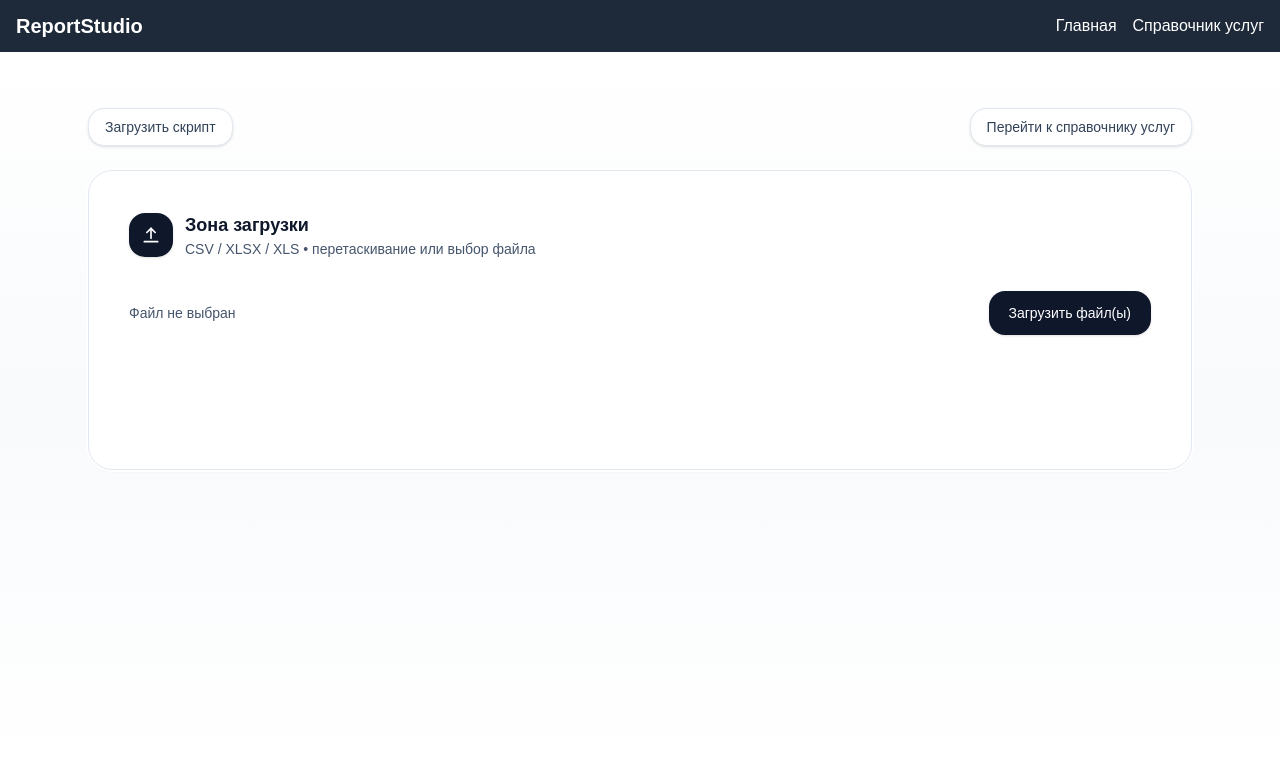
Repository: vladzap2423/report_studio_v2
Page: /
These files come from the project's save history. The page is drawn as it stood at one moment and after the next save; the edit follows.
The browser window is 1280 px wide. The pictures show the whole page.
The page's requests for data from a server got no answer. The project was rebuilt for these pictures with package versions that can differ from the ones it lists, and the page was loaded fresh each time. The framework's server and built-in components were replaced by stand-ins that run in the browser. No one was signed in, and anything a server would have sent is missing. Also part of the build but not shown: next.config.ts.

Above is the page before, as saved 2026-03-16 14:16:56.

After the next save:
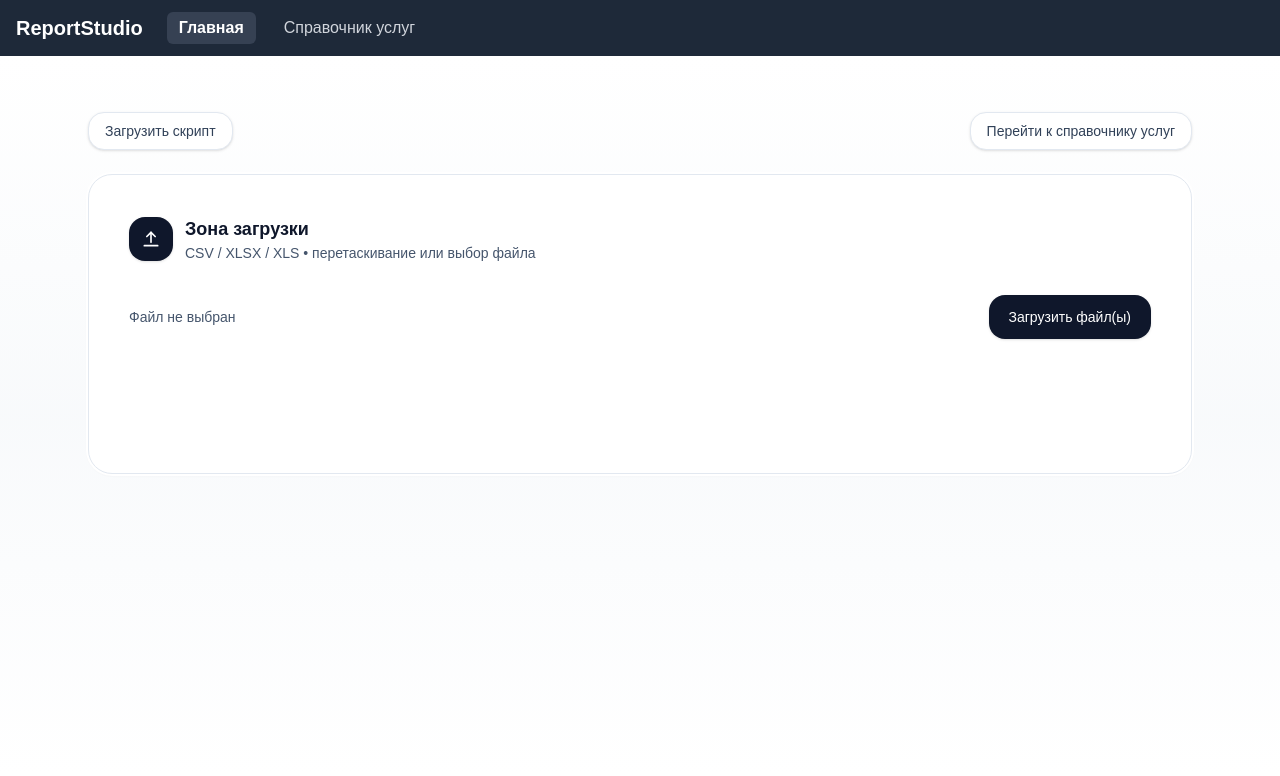
Saved 2 min 2 s later.
--- a/src/app/components/Header.tsx
+++ b/src/app/components/Header.tsx
@@ -2,6 +2,7 @@
 
 import React from "react";
 import Link from "next/link";
+import { usePathname } from "next/navigation";
 
 type HeaderProps = {
   title?: string;
@@ -9,23 +10,32 @@ type HeaderProps = {
 };
 
 const Header: React.FC<HeaderProps> = ({ title = "ReportStudio", links = [] }) => {
+  const pathname = usePathname();
+
   return (
     <header className="w-full bg-gray-800 text-white shadow-md">
-      <div className="max-w-7xl mx-auto px-4 py-3 flex items-center justify-between">
-        {/* Левый блок — название программы */}
+      <div className="max-w-7xl mx-auto px-4 py-3 flex items-center space-x-6">
+        {/* Название программы */}
         <div className="text-xl font-bold">{title}</div>
 
-        {/* Правый блок — ссылки или кнопки */}
+        {/* Меню слева после названия */}
         <nav className="flex space-x-4">
-          {links.map((link) => (
-            <Link
-              key={link.href}
-              href={link.href}
-              className="hover:text-gray-300 transition-colors"
-            >
-              {link.label}
-            </Link>
-          ))}
+          {links.map((link) => {
+            const isActive = pathname === link.href;
+            return (
+              <Link
+                key={link.href}
+                href={link.href}
+                className={`px-3 py-1 rounded-md transition-colors ${
+                  isActive
+                    ? "bg-gray-700 text-white font-semibold"
+                    : "text-gray-300 hover:bg-gray-700 hover:text-white"
+                }`}
+              >
+                {link.label}
+              </Link>
+            );
+          })}
         </nav>
       </div>
     </header>
